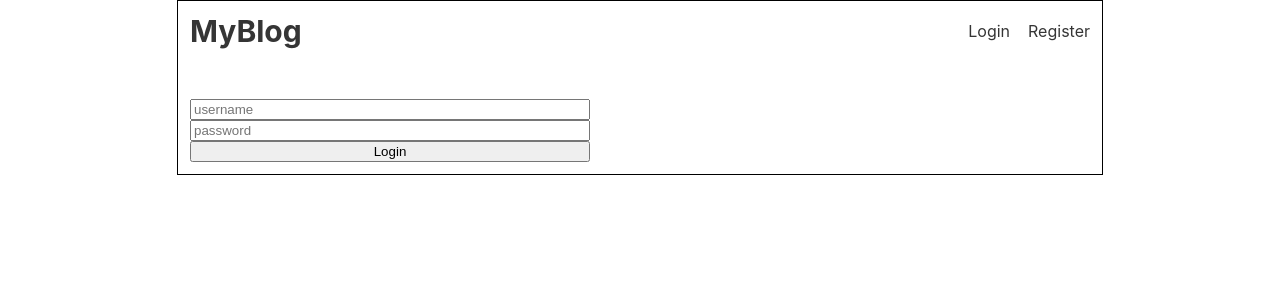
Repository: ateeque-219/BlogApp
Page: /login (app in blogapp/)
An editor plug-in stored every save of this project. The page is shown before and after a run of saves, followed by the edit.
The browser window is 1280 px wide. The pictures show the whole page.
The project was rebuilt for these pictures with package versions that can differ from the ones it lists, and the page was loaded fresh each time. Also part of the build but not shown: blogapp/src/Post.js, blogapp/src/pages/Indexpage.js, blogapp/src/pages/RegisterPage.js.

Above is the page before, as saved 2024-01-09 13:07:59.

### blogapp/src/index.js
import React from 'react';
import ReactDOM from 'react-dom/client';
import './index.css';
import App from './App';
import  { BrowserRouter } from "react-router-dom";

const root = ReactDOM.createRoot(document.getElementById('root'));
root.render(
  <React.StrictMode>
   <BrowserRouter>
   <App />
   </BrowserRouter>
  </React.StrictMode>
);

### blogapp/src/App.js

import { Route, Routes } from 'react-router';
import './App.css';
import Layoutt from './Layoutt';
import Indexpage from './pages/Indexpage';
import LoginPage from './pages/LoginPage';
import RegisterPage from './pages/RegisterPage';
function App() {
  return (
    <Routes>
      <Route path="/" element={<Layoutt />}>
        <Route index element={<Indexpage />} />
        <Route path="/login" element={<LoginPage/>} />
        <Route path ="/register" element={<RegisterPage/>}/>
      </Route>
    </Routes>
  );
}

export default App;

### blogapp/src/App.css
body{
  color: #353535;
}
img{
  max-width: 100%;
}
main{
  padding: 12px;
  max-width: 900px;
  margin:0 auto ;
  border: 1px solid black;
}
header{
 display: flex;
 justify-content: space-between;
 margin-bottom: 50px;
 align-items: center;
}
header a{
  text-decoration: none;
  color: inherit;
}
header a.logo{
  font-weight: bolder;
  font-size: 30px;
}
header nav{
  display: flex;
  gap: 18px;
}
div.post{
  display: flex;
  gap: 22px;
   margin-bottom: 44px;
}
div.texts{
  margin: 0;
  padding: 0;
}

.texts h2 {
  margin: 0;
}

.image {
  margin-top: 18px;
  width: 600px;
}
div.post p.info{
  margin: 5px 0;
  display: flex;
  gap: 5px;
  font-weight: bold;
  color: #888;
  font-size: 1rem;

}
div.post p.info a.author{
  color: #333;
}
div.post p.summary{
  margin:4px 0;
  line-height: 1.5rem;
}
form.login , form.register{
  display: flex;
  flex-direction: column;
  max-width: 400px;
}

### blogapp/src/Layoutt.js
import React from 'react'
import Head from './Head'
import { Outlet } from 'react-router-dom'
const Layoutt = () => {
  return (
    <main>
      <Head></Head>
      <Outlet/>
    </main>
  )
}

export default Layoutt

### blogapp/src/pages/LoginPage.js
import React from 'react'
const LoginPage = () => {
  return (
    <form className="login">
    <input type="text" placeholder='username'/>
    <input type="password" placeholder='password'/>
     <button>Login</button>
    </form>
  );
}

export default LoginPage

### blogapp/src/Head.js
import React from 'react'
import { Link } from 'react-router-dom';
const Head = () => {
  return (
    <div><header>
    <Link to="/" className="logo">MyBlog</Link>
    <nav>
      <Link to="/login">Login</Link>
      <Link to="/register">Register</Link>
    </nav>
  </header></div>
  );
};
export default Head;

Loaded but not shown: blogapp/public/index.html (common file); blogapp/src/index.css (common file)

After the next 4 saves:
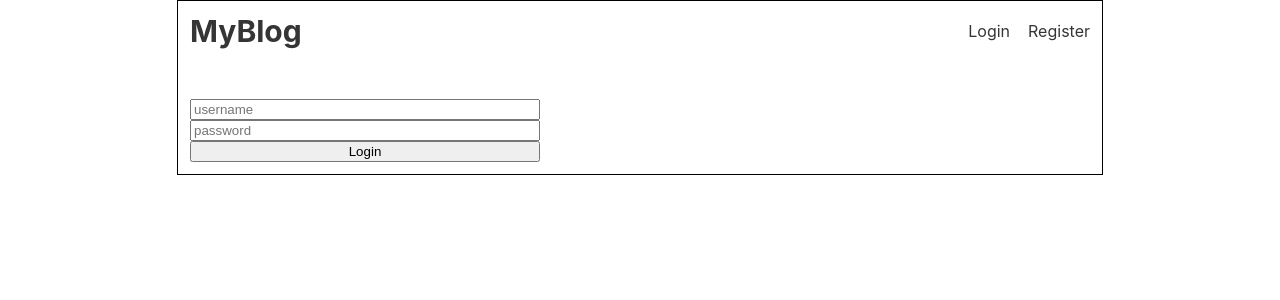
The 4 saves are shown as one change because they came seconds apart.
The last was saved 12 s later.
--- a/blogapp/src/App.css
+++ b/blogapp/src/App.css
@@ -65,5 +65,6 @@ div.post p.summary{
 form.login , form.register{
   display: flex;
   flex-direction: column;
-  max-width: 400px;
+  max-width: 350px;
+
 }
